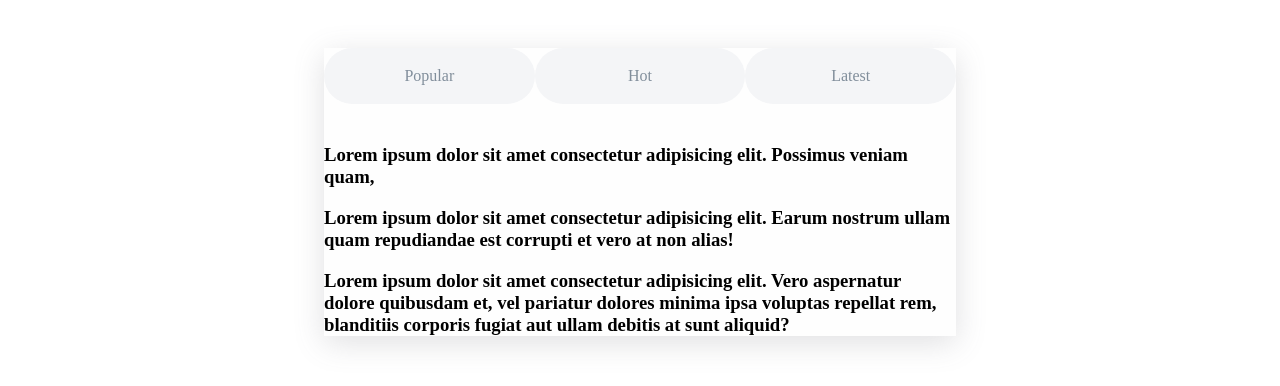
Repository: tungts3qb/Javascript
Page: tab.html
These files come from the project's save history. The page is drawn as it stood at one moment and after the next save; the edit follows.
The browser window is 1280 px wide. The pictures show the whole page.

Above is the page before, as saved 2022-12-25 00:54:44.

### tab.html
<!DOCTYPE html>
<html lang="en">
  <head>
    <meta charset="UTF-8" />
    <meta http-equiv="X-UA-Compatible" content="IE=edge" />
    <meta name="viewport" content="width=device-width, initial-scale=1.0" />
    <link rel="stylesheet" href="style.css" />
    <title>Tab</title>
  </head>
  <body>
    <div class="tab">
      <div class="tab-list">
        <div class="tab-item active">Popular</div>
        <div class="tab-item">Hot</div>
        <div class="tab-item">Latest</div>
      </div>
      <div class="tab-wrapper">
        <div class="tab-content active">
          <h3 class="post-title">
            Lorem ipsum dolor sit amet consectetur adipisicing elit. Possimus
            veniam quam,
          </h3>
        </div>

        <div class="tab-content">
          <h3 class="post-title">
            Lorem ipsum dolor sit amet consectetur adipisicing elit. Earum
            nostrum ullam quam repudiandae est corrupti et vero at non alias!
          </h3>
        </div>

        <div class="tab-content">
          <h3 class="post-title">
            Lorem ipsum dolor sit amet consectetur adipisicing elit. Vero
            aspernatur dolore quibusdam et, vel pariatur dolores minima ipsa
            voluptas repellat rem, blanditiis corporis fugiat aut ullam debitis
            at sunt aliquid?
          </h3>
        </div>
      </div>
    </div>
    <script src="./tab.js"></script>
  </body>
</html>

### style.css
.button {
  padding: 20px;
  color: white;
  background-color: #ffa400;
  border: 0;
  margin: 50px auto;
  display: block;
  width: 300px;
  font-family: "Poppins", sans-serif;
}

.change {
  display: block;
  padding: 15px 40px;
  border-radius: 10px;
  border: 0;
  color: white;
  font-family: "Poppins", sans-serif;
  margin: 50px auto;
  background-color: #3d6ef7;
}

.menu {
  width: 300px;
  position: fixed;
  top: 0;
  right: 0;
  bottom: 0;
  box-shadow: rgba(100, 100, 111, 0.2) 0px 7px 29px 0px;
  list-style: none;
  transform: translateX(100%);
  transition: transform 0.25s linear;
  margin-top: 0;
  margin-bottom: 0;
}

.menu.is-show {
  transform: translateX(0%);
}

.menu-link {
  display: block;
  padding: 20px 15px;
  color: #333;
  border-bottom: 1px solid #eee;
}

.header {
  padding: 20px;
  display: flex;
  align-items: center;
  justify-content: flex-end;
}

.menu-toggle {
  cursor: pointer;
  font-size: 30px;
  position: relative;
  z-index: 9999;
}

.menu-item a {
  text-decoration: none;
}

/* ============ Tab.html ============= */

.tab {
  margin: 3rem auto;
  width: 50%;
  background-color: #fefefe;
  box-shadow: rgba(100, 100, 111, 0.2) 0px 7px 29px 0px;
}

.tab-list {
  display: flex;
  justify-content: space-between;
  margin-bottom: 2.5rem;
}

.tab-item {
  cursor: pointer;
  padding: 1.2rem 2rem;
  border-radius: 5rem;
  color: #818e9b;
  background-color: #f4f5f7;
  text-align: center;
  white-space: nowrap;
  font-weight: 500;
  flex: 1;
}

Loaded but not shown: tab.js (no stored copy; drawn as an empty file)

After the next save:
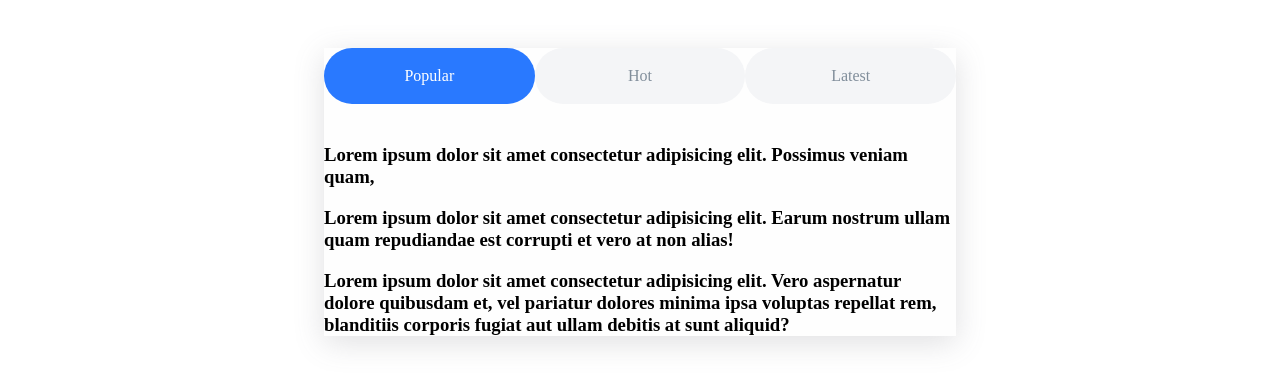
Saved 58 s later.
--- a/style.css
+++ b/style.css
@@ -89,3 +89,9 @@
   font-weight: 500;
   flex: 1;
 }
+
+.tab-item.active {
+  color: white;
+  background-color: #2979ff;
+  pointer-events: none;
+}
